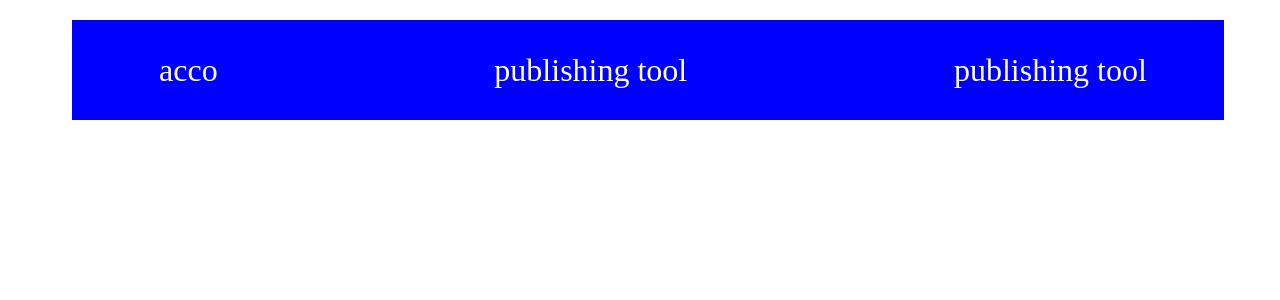
Repository: wimkinnet/Acco_Publish
Page: index.html
The author's editor kept a record of every edit. The page is drawn from the files as they stood at one moment, then again after the next edit.
The browser window is 1280 px wide. The pictures show the whole page.

Above is the page before.

After the next edit:
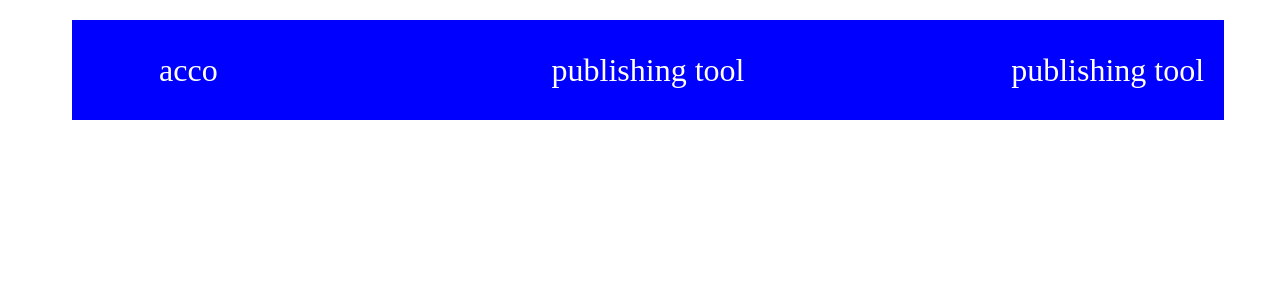
The edit:
--- a/index.html
+++ b/index.html
@@ -28,7 +28,7 @@
         <td width="20%">
           <a href="http://www.acco.be" target="_blank" >acco</a>
         </td>
-        <td width="50%">
+        <td width="60%">
           publishing tool
         </td>
         <td width="30%">
